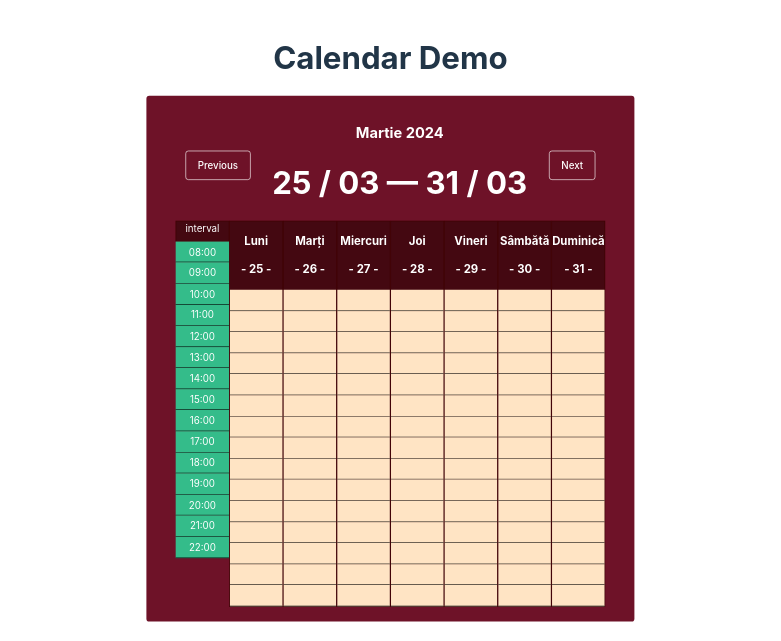
Repository: Maryie-B/weekly-calendar-scheduler
Page: /
The author's editor kept a copy of each file at every save. The page is drawn from the files as they stood at one save, then again after the next save.
The browser window is 1280 px wide. The pictures show the whole page, at 61% of full size.
The project was rebuilt for these pictures with package versions that can differ from the ones it lists, and the page was loaded fresh each time. Also part of the build but not shown: vite.config.js.

Above is the page before, as saved 2024-03-27 09:05:03.

### src/App.jsx
import './App.css'
import CalendarHeader from './CalendarHeader'
import CalendarDays from './CalendarDays'
import { useState, useEffect } from 'react';

function App() {

  const [currentWeekStart, setCurrentWeekStart] = useState(() => {
    const now = new Date();
    const currentDay = now.getDay();
    const untilMonday = currentDay === 0 ? 6 : currentDay - 1;
    now.setDate(now.getDate() - untilMonday);
    return now;
});

const [currentWeekEnd, setCurrentWeekEnd] = useState(() => {
  const end = new Date(currentWeekStart);
  end.setDate(currentWeekStart.getDate() + 6);
  return end;
});

const [currentDates, setCurrentDates] = useState([]);


useEffect(() => {
  const end = new Date(currentWeekStart);
  end.setDate(currentWeekStart.getDate() + 6);
  setCurrentWeekEnd(end);

  setCurrentDates(() => {
    const dates = [];
    const day = new Date(currentWeekStart);
    for (let i = 0; i < 7; i++) {
      let nr = day.getDate() + i;
      dates.push(nr);
    }
    return dates;
  });

}, [currentWeekStart]);

const handleGoToPreviousWeek = () => {
  setCurrentWeekStart((prevDate) => {
      const newDate = new Date(prevDate);
      newDate.setDate(newDate.getDate() - 7);
      return newDate;
  });
};

const handleGoToNextWeek = () => {
  setCurrentWeekStart((prevDate) => {
      const newDate = new Date(prevDate);
      newDate.setDate(newDate.getDate() + 7);
      return newDate;
  });
};

const startMonth = currentWeekStart.getMonth();
const endMonth = currentWeekEnd.getMonth();
const startYear = currentWeekStart.getFullYear();
const endYear = currentWeekEnd.getFullYear();

const monthsNames = ['Ianuarie', 'Februarie', 'Martie', 'Aprilie',
                      'Mai', 'Iunie', 'Iulie', 'August', 'Septembrie', 'Octombrie', 'Noiembrie', 'Decembrie'];

let calendarHeader = `${monthsNames[startMonth]} ${startYear}`;
if (startMonth !== endMonth || startYear !== endYear) {
  calendarHeader += ` — ${monthsNames[endMonth]} ${endYear} `
}

let weekStartMonthNumber = currentWeekStart.getMonth() + 1;
let weekEndMonthNumber = currentWeekEnd.getMonth() + 1;

weekStartMonthNumber = weekStartMonthNumber < 10 ? `0${weekStartMonthNumber}` : weekStartMonthNumber;
weekEndMonthNumber = weekEndMonthNumber < 10 ? `0${weekEndMonthNumber}` : weekEndMonthNumber;

const datesRange = `${currentWeekStart.getDate()} / ${weekStartMonthNumber} — ${currentWeekEnd.getDate()} / ${weekEndMonthNumber}`;


  return (
    <>
      <h1>Calendar Demo</h1>
      <div className='calendar-wrapper'>

        <CalendarHeader handleGoToNextWeek={handleGoToNextWeek} handleGoToPreviousWeek={handleGoToPreviousWeek} datesRange={datesRange} calendarHeader={calendarHeader} />
        <CalendarDays  currentDates={currentDates} />
      </div>
    </>
  )
}

export default App

### src/App.css
#root {
  max-width: 1280px;
  margin: 0 auto;
  padding: 2rem;
  text-align: center;
}

.calendar-wrapper {
  background-color: rgb(110, 18, 40);
  min-width: 700px;
  min-height: 200px;
  color: white;
  padding: 1.5rem 3rem;
  border-radius: 0.3rem;
}

.calendar-header {
  display: flex;
  flex-direction: row;
  align-items: center;
  justify-content: space-between;

}


.calendar-button {
  background-color: rgba(0, 0, 0, 0);
  height: 3rem;
  align-items: center;
  justify-content: center;
  border-color: white;
  border-radius: 0.3rem;
  color: white;
  font-size: 1rem;
  margin: 1rem;
}

.calendar-text {
  padding: 0rem 1rem;
}

.calendar-days-wrapper {
  display: grid;
  text-align: center;
  grid-template-columns: repeat(8, 1fr);
}

.days-header {
  background-color: rgb(68, 8, 17);
  min-height: 2rem;
  border: solid rgb(63, 2, 2) 1px;
  align-items: center;
}


.hour-intervals {
  background-color: rgb(52, 188, 138);
  padding: 0.3rem;
  border-bottom: solid black 1px;
}

.hour-intervals-empty {
  min-height: 2.1rem;
  background-color: bisque;
  border-bottom: solid black 1px;
}

### src/CalendarHeader.jsx
/* eslint-disable react/prop-types */


const CalendarHeader = ({handleGoToNextWeek, handleGoToPreviousWeek, datesRange, calendarHeader}) => {

  return (
    <div className="calendar-header">
        <button className='calendar-button' onClick={handleGoToPreviousWeek}>Previous</button>
        <div className="calendar-text">
        <h2>{calendarHeader}</h2>
        <h1>{datesRange}</h1>
        </div>
        <button className='calendar-button' onClick={handleGoToNextWeek}>Next</button>
    </div>
  )
}

export default CalendarHeader;

### src/CalendarDays.jsx
/* eslint-disable react/prop-types */
/* eslint-disable react/no-unknown-property */
import { useState } from "react";

const CalendarDays = ({currentDates}) => {
  const weekDays = ['interval', 'Luni', 'Marți', 'Miercuri', 'Joi', 'Vineri', 'Sâmbătă', 'Duminică']

  const hours = [];
  for (let i = 8; i <= 22; i++) {
    hours.push(i);
  }

  const [isOccupied, setIsOccupied] = useState(false);

  const handleIntervalClick = (e) => {
    const intervalData = JSON.parse(e.target.getAttribute('data-interval'));
    setIsOccupied(true);
    console.log(intervalData);
  };

  return (
    <div className="calendar-days-wrapper">
      {weekDays.map((day, index) => {
        return (

        index === 0 ?
        <div  key={index}>
           <div className="days-header">{day}</div>
           {hours.map((hour) => {
               return (
                   <div className="hour-intervals" key={hour}>{hour < 10 ? `0${hour}:00` : `${hour}:00`}</div>
               )
           })}
        </div>
        :
        <div className="days-header" key={index}>
        <h3>{day}</h3>
        <h3>- {currentDates[index-1]} -</h3>
        {hours.map((hour) => {
            return (
                <div className="hour-intervals-empty" data-interval={JSON.stringify({ hour, day , currentDates: currentDates[index-1], isOccupied})} key={hour} onClick={handleIntervalClick}> </div>
            )
        })}
        </div>
        )
      })}
    </div>
  )
}

export default CalendarDays

Loaded but not shown: index.html (common file); src/main.jsx (common file); src/index.css (common file)

After the next save:
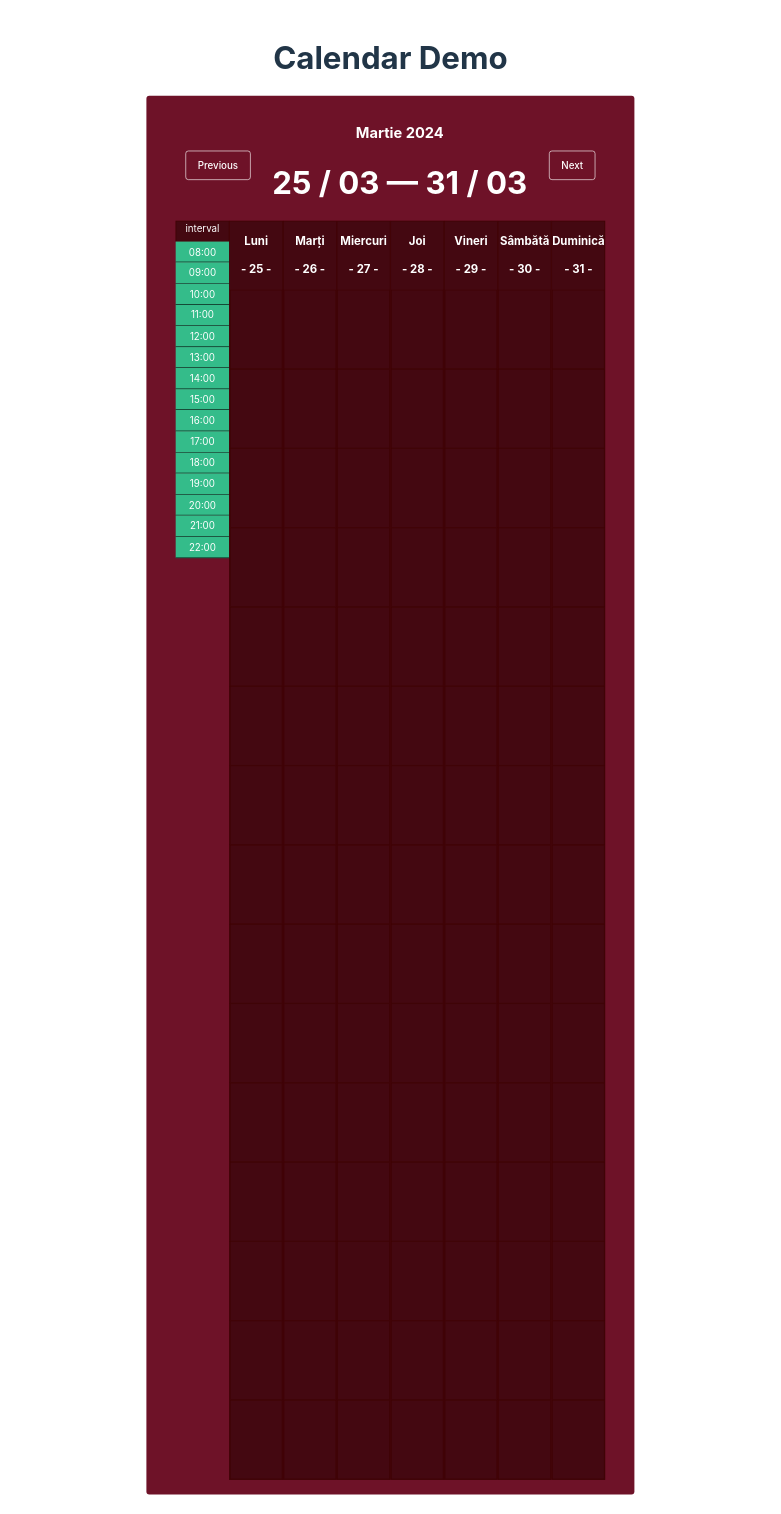
Saved 11 min 53 s later.
--- a/src/App.css
+++ b/src/App.css
@@ -52,6 +52,14 @@
   align-items: center;
 }
 
+.days-header > div{
+  background-color: rgb(68, 8, 17);
+  min-height: 2rem;
+  padding: 3rem 0;
+  border: solid rgb(63, 2, 2) 1px;
+  align-items: center;
+}
+
 
 .hour-intervals {
   background-color: rgb(52, 188, 138);

After the 3 saves that followed:
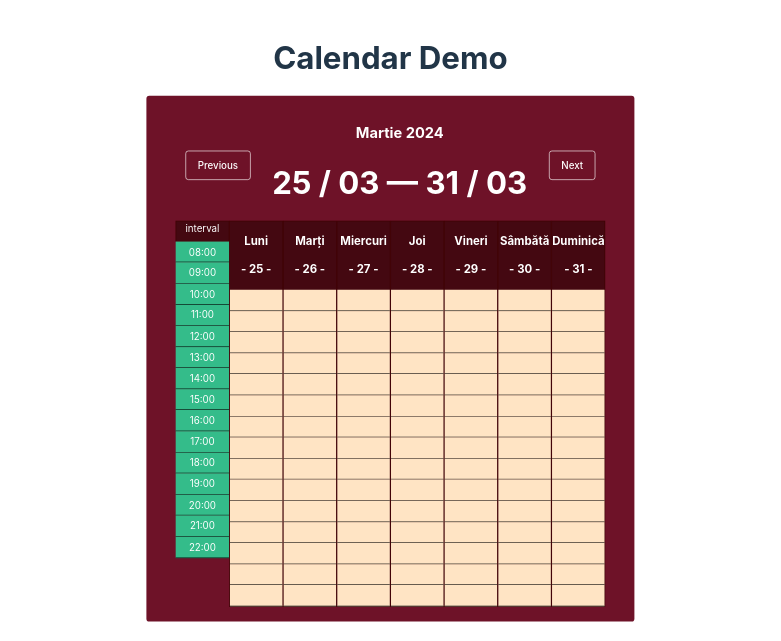
The 3 saves are shown as one change because 2 left the picture as it was.
The last was saved 75 s later.
--- a/src/App.css
+++ b/src/App.css
@@ -52,13 +52,13 @@
   align-items: center;
 }
 
-.days-header > div{
+/* .days-header > div{
   background-color: rgb(68, 8, 17);
   min-height: 2rem;
   padding: 3rem 0;
   border: solid rgb(63, 2, 2) 1px;
   align-items: center;
-}
+} */
 
 
 .hour-intervals {
